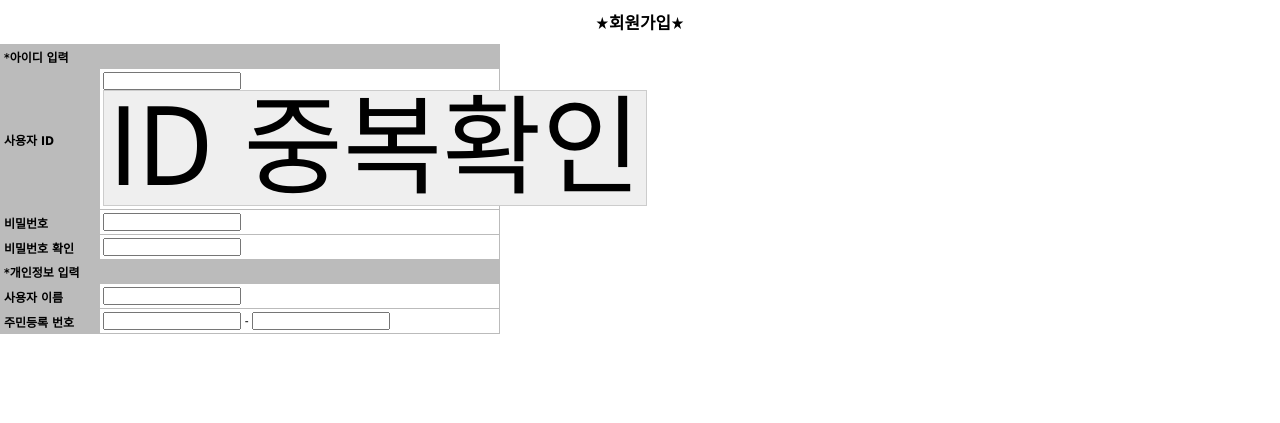
Repository: eParkjongtaek/lovedisket
Page: http://localhost/KH18_1/0904/inputForm.jsp
An editor plug-in stored every save of this project. The page is shown before and after a run of saves, followed by the edit.
The browser window is 1280 px wide. The pictures show the whole page.
The page is served by Tomcat 9.

Above is the page before, as saved 2017-09-04 04:22:55.

After the next 2 saves:
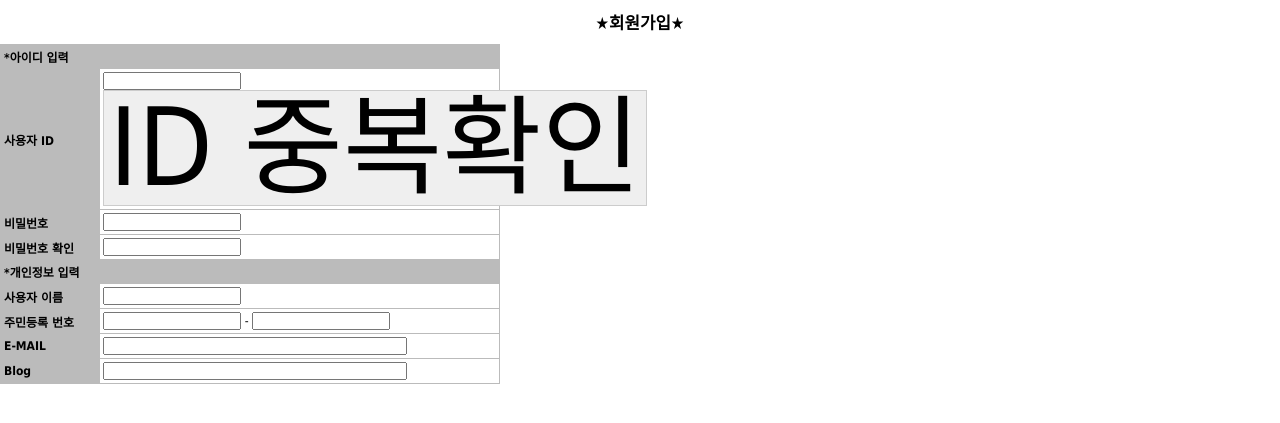
The 2 saves are shown as one change because they came seconds apart.
The last was saved 59 s later.
--- a/source/KH18_1/WebContent/0904/inputForm.jsp
+++ b/source/KH18_1/WebContent/0904/inputForm.jsp
@@ -97,6 +97,19 @@ function checkIt()
 						<input type="password" name="jumin2" maxlength="7" />
 					</td>
 				</tr>
+				<tr>
+					<th>E-MAIL</th>
+					<td>
+						<input type="text" name="email" class="w300" maxlength="30" />
+					</td>
+				</tr>
+				<tr>
+					<th>Blog</th>
+					<td>
+						<input type="text" name="blog" class="w300" maxlength="30" />
+					</td>
+				</tr>
+
 			</table>
 
 		</div>
